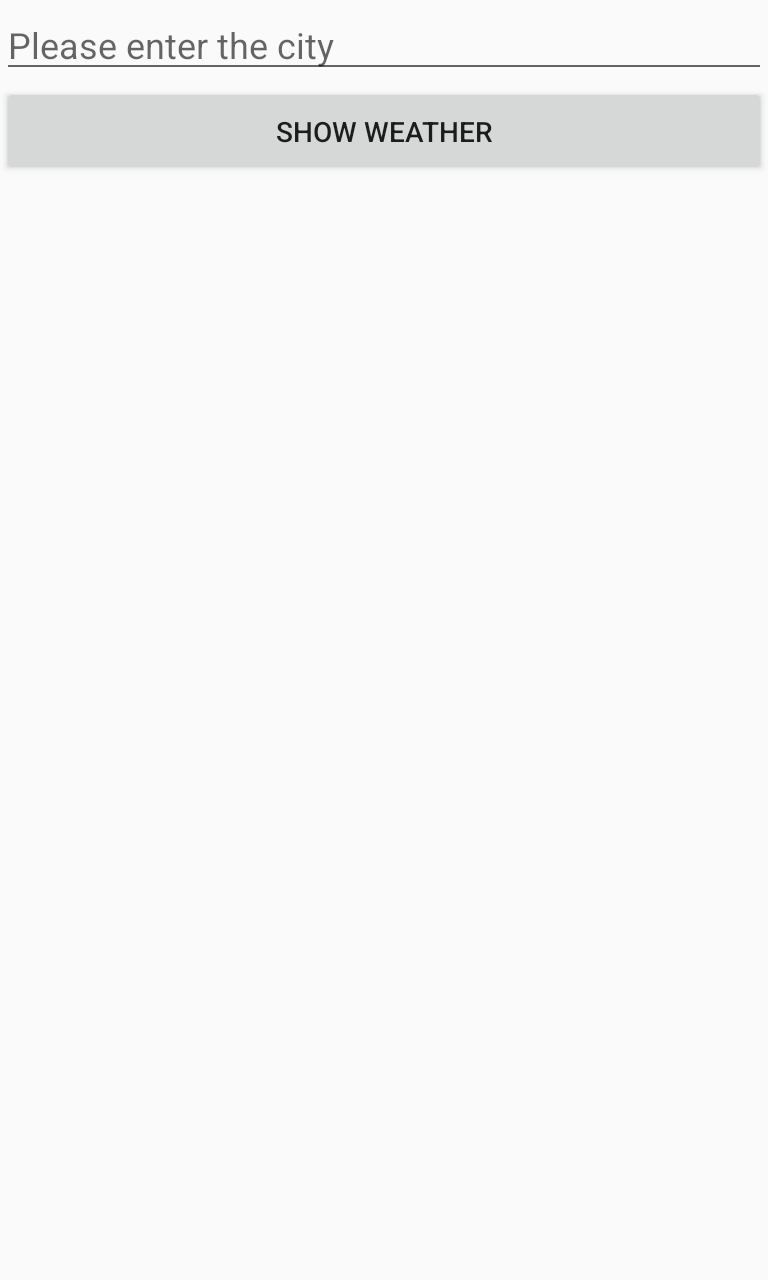
Repository: alexWr/weather-app
Layout: OpenWeatherT/res/layout/main.xml
The author's editor kept a copy of each file at every save. The layout is drawn from the files as they stood at one save, then again after the next save.
It is drawn on a 768 x 1280 px phone screen (xhdpi) without system bars, with theme AppTheme; the app's code is not run.

Above is the layout before, as saved 2014-10-16 07:26:47.

After the next save:
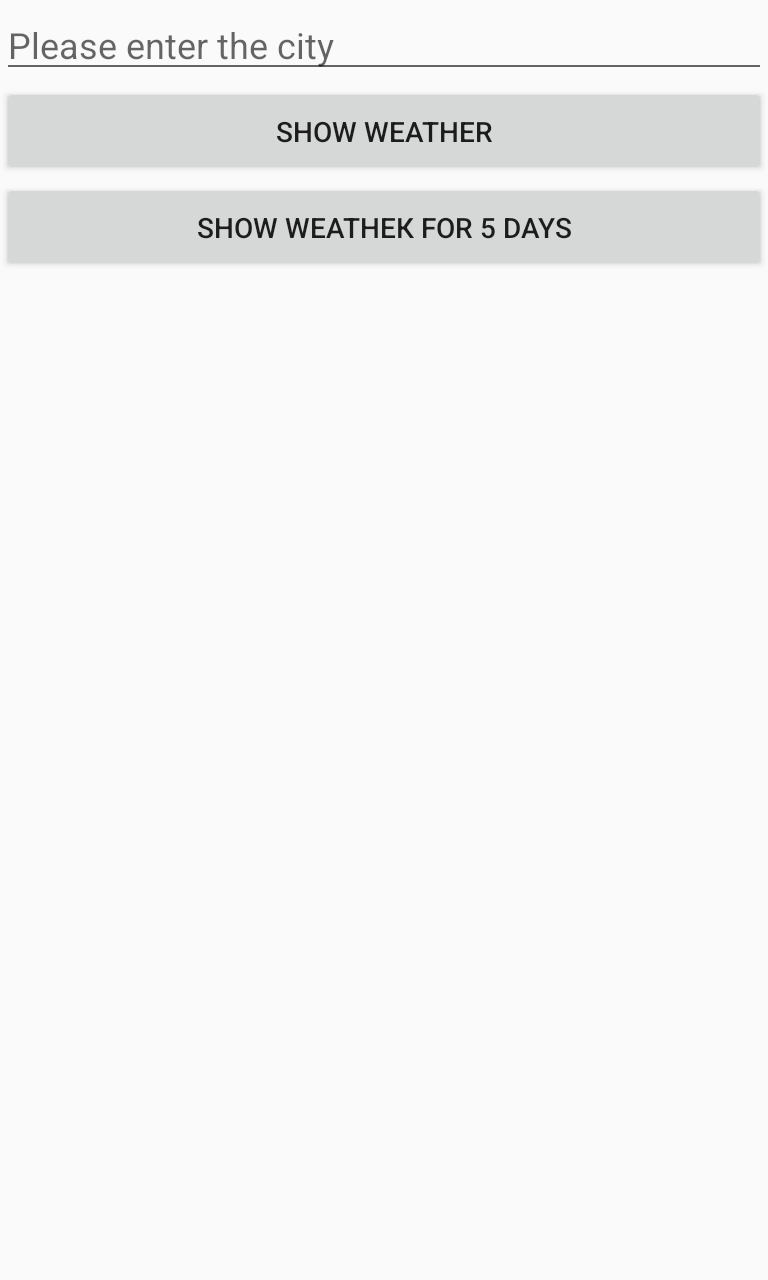
Saved 3 min 39 s later.
--- a/OpenWeatherT/res/layout/main.xml
+++ b/OpenWeatherT/res/layout/main.xml
@@ -16,6 +16,12 @@
 		android:layout_gravity="center"
 		android:text="Show weather"
 		android:id="@+id/btnSend"/>
+    <Button
+		android:layout_width="match_parent"
+		android:layout_height="wrap_content"
+		android:layout_gravity="center"
+		android:text="Show weatheк for 5 days"
+		android:id="@+id/btnSend2"/>
 	<TextView
         android:layout_width="wrap_content"
         android:layout_height="wrap_content"
